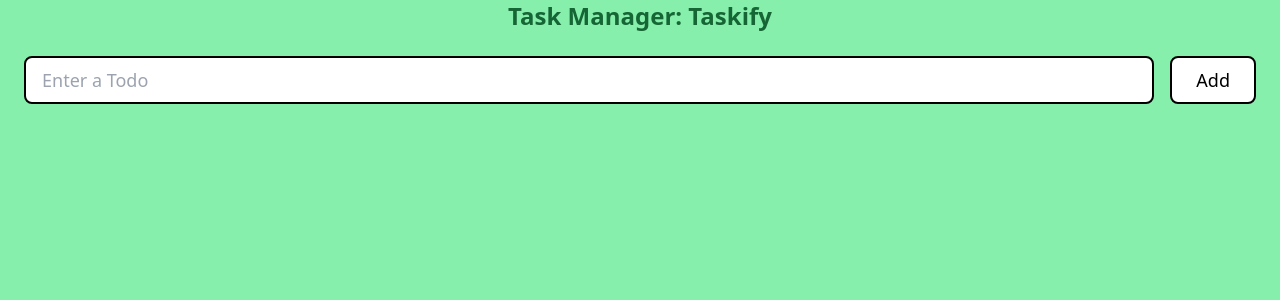
Repository: Dineshbhandari2023/Todo
Page: /
These files come from the project's save history. The page is drawn as it stood at one moment and after the next save; the edit follows.
The browser window is 1280 px wide. The pictures show the whole page.
Some web fonts or font styles are not loaded; a fallback is used. The project was rebuilt for these pictures with package versions that can differ from the ones it lists, and the page was loaded fresh each time.

Above is the page before, as saved 2025-06-19 00:15:27.

### src/App.tsx
import React, { useState } from "react";
import "./App.css";
import InputFields from "./Components/InputFields";
import { Todo } from "./model";

// //Learning Types
// let name: string;
// let age: number;
// let hobbies: string[];
// let role: [number, number, string];

// // Objects Can be defined using: types or interface
// type Animal = {
//   name: string;
//   age: number;
//   color?: string;
// };

// let myAnimal: Animal = {
//   name: "Dog",
//   age: 3,
//   color: "Brown",
// };

// let Animals: Animal[];

// //defining function in ts
// function printAnything(Animal: string) {
//   console.log(Animal);
// }

// printAnything("DOG");

const App: React.FC = () => {
  const [todo, setTodo] = useState<string>("");
  const [todos, setTodos] = useState<Todo[]>([]);

  const handleAdd = (e: React.FormEvent) => {
    e.preventDefault();
    if (todo) {
      setTodos([...todos, { id: Date.now(), todo: todo, isDone: false }]);
      setTodo("");
    }
  };
  console.log(todos);

  return (
    <div className="bg-green-300 h-screen">
      <h1 className="font-extrabold text-center text-green-800 text-2xl">
        Task Manager: Taskify
      </h1>
      <InputFields todo={todo} setTodo={setTodo} handleAdd={handleAdd} />
    </div>
  );
};

export default App;

### src/App.css
@import url("https://fonts.googleapis.com/css2?family=Montserrat:ital@0;1&family=Savate:ital,wght@0,200..900;1,200..900&display=swap");

.App {
  text-align: center;
  font-family: "Montserrat", sans-serif;
}

### src/Components/InputFields.tsx
import React from "react";

interface Props {
  todo: string;
  setTodo: React.Dispatch<React.SetStateAction<string>>;
  handleAdd: (e: React.FormEvent) => void;
}

const InputFields = ({ todo, setTodo, handleAdd }: Props) => {
  return (
    <form className="flex gap-4 m-6" onSubmit={handleAdd}>
      <input
        type="text"
        value={todo}
        onChange={(e) => setTodo(e.target.value)}
        placeholder="Enter a Todo"
        className="flex-1 px-4 py-2 border-2 border-black rounded-lg text-lg focus:outline-none focus:ring-2 focus:ring-blue-500"
      />
      <button
        className="px-6 py-2 bg-white border-2 border-black rounded-lg text-lg font-medium hover:bg-blue-600 focus:outline-none focus:ring-2 focus:ring-blue-500"
        type="submit"
      >
        Add
      </button>
    </form>
  );
};

export default InputFields;

Loaded but not shown: public/index.html (common file); src/index.tsx (common file); src/index.css (common file); tailwind.config.js (common file)

After the next save:
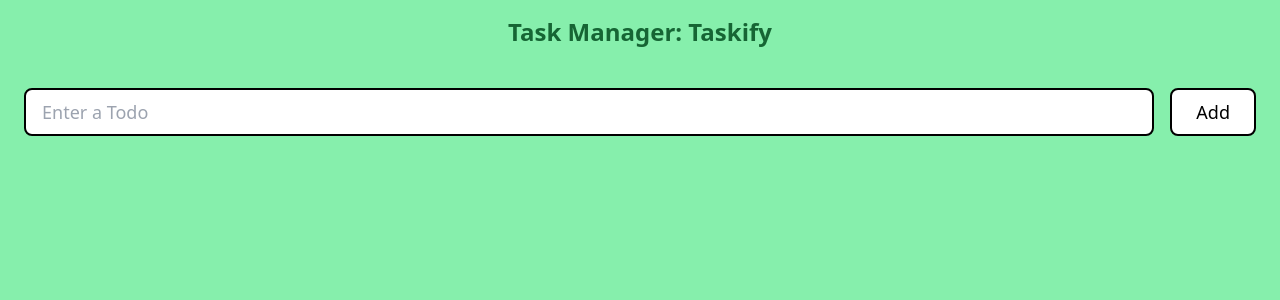
Saved 10 s later.
--- a/src/App.tsx
+++ b/src/App.tsx
@@ -46,7 +46,7 @@ const App: React.FC = () => {
 
   return (
     <div className="bg-green-300 h-screen">
-      <h1 className="font-extrabold text-center text-green-800 text-2xl">
+      <h1 className="font-extrabold text-center text-green-800 text-2xl p-4">
         Task Manager: Taskify
       </h1>
       <InputFields todo={todo} setTodo={setTodo} handleAdd={handleAdd} />
